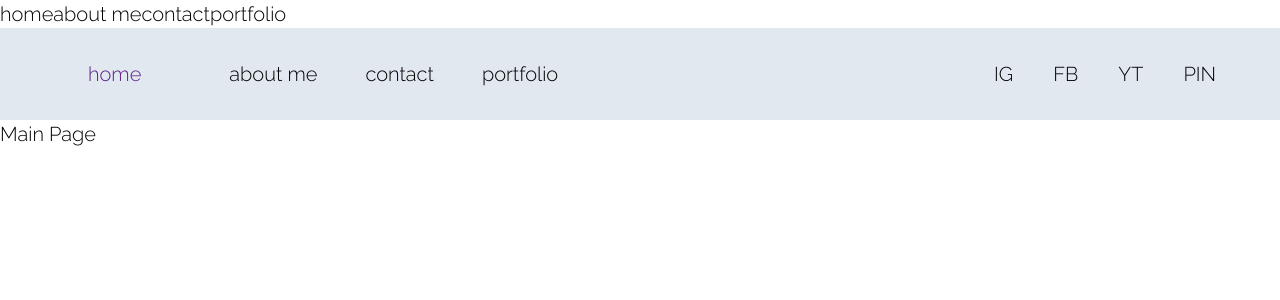
Repository: hubertrh/klaudia-personal-next
Page: /
The author's editor kept a copy of each file at every save. The page is drawn from the files as they stood at one save, then again after the next save.
The browser window is 1280 px wide. The pictures show the whole page.
The project was rebuilt for these pictures with package versions that can differ from the ones it lists, and the page was loaded fresh each time. The framework's server and built-in components were replaced by stand-ins that run in the browser. Also part of the build but not shown: next.config.js.

Above is the page before, as saved 2023-08-11 17:32:56.

After the next save:
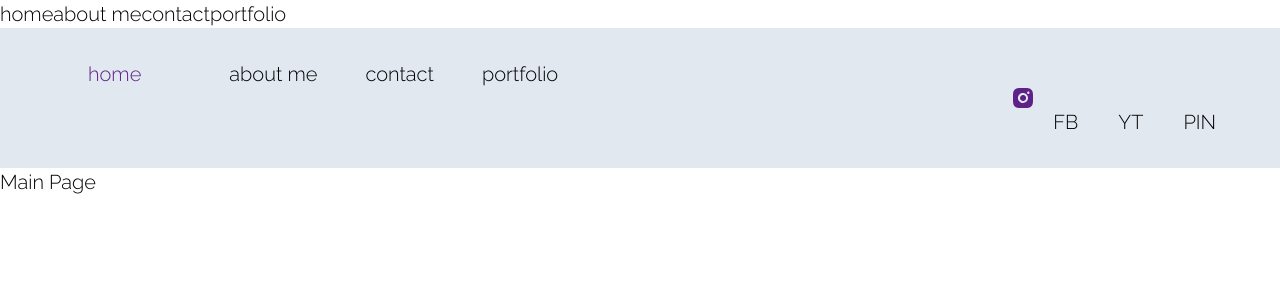
Saved 18 min 13 s later.
--- a/app/(site)/layout.tsx
+++ b/app/(site)/layout.tsx
@@ -1,7 +1,9 @@
 import '../globals.css';
 import type { Metadata } from 'next';
 import { Raleway } from 'next/font/google';
+import Image from 'next/image';
 import Link from 'next/link';
+import igIcon from '/public/icons/ig-icon.svg';
 
 const raleway = Raleway({ weight: '300', subsets: ['latin'] });
 
@@ -32,7 +34,7 @@ export default function RootLayout({
               className="social-icon"
               href="https://www.instagram.com/_klaudiarogala/"
             >
-              IG
+              <Image src={igIcon} alt="Instagram icon" />
             </Link>
             <Link
               className="social-icon"
